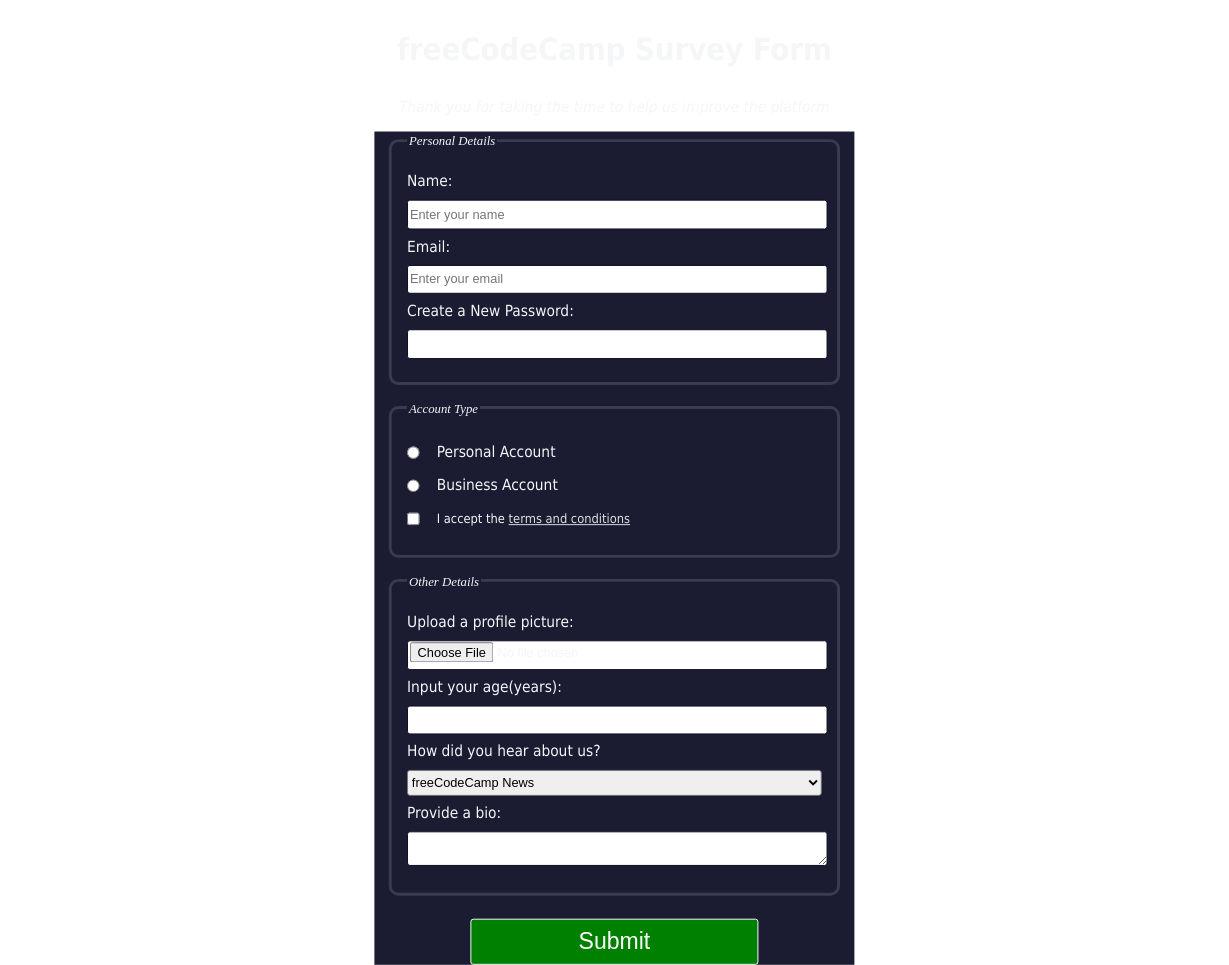
Repository: Lungdjos/survey_form_certification
Page: index.html
The author's editor kept a copy of each file at every save. The page is drawn from the files as they stood at one save, then again after the next save.
The browser window is 1280 px wide. The pictures show the whole page, at 96% of full size.

Above is the page before, as saved 2023-09-30 02:16:08.

After the next save:
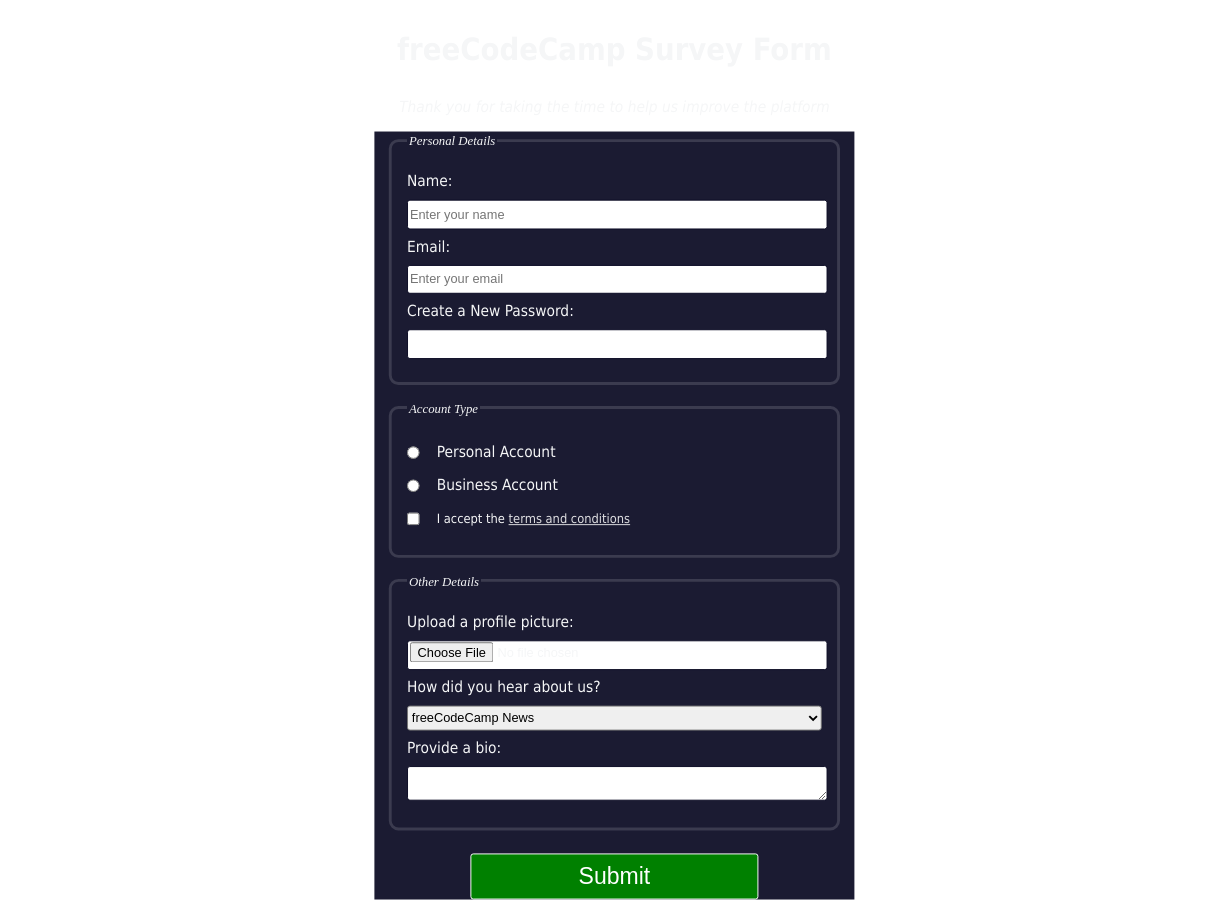
Saved 37 s later.
--- a/index.html
+++ b/index.html
@@ -27,7 +27,7 @@
         <fieldset>
             <legend> <small>Other Details</small></legend>
             <label for="profile-pic">Upload a profile picture: <input type="file" name="profile-piture" id="profile-pic"></label>
-            <label for="age">Input your age(years): <input type="number" name="age" id="age" min="13" max="100"> </label>
+
 
             <label for="referrer"> How did you hear about us?
                 <select name="referrer" id="referrer">
